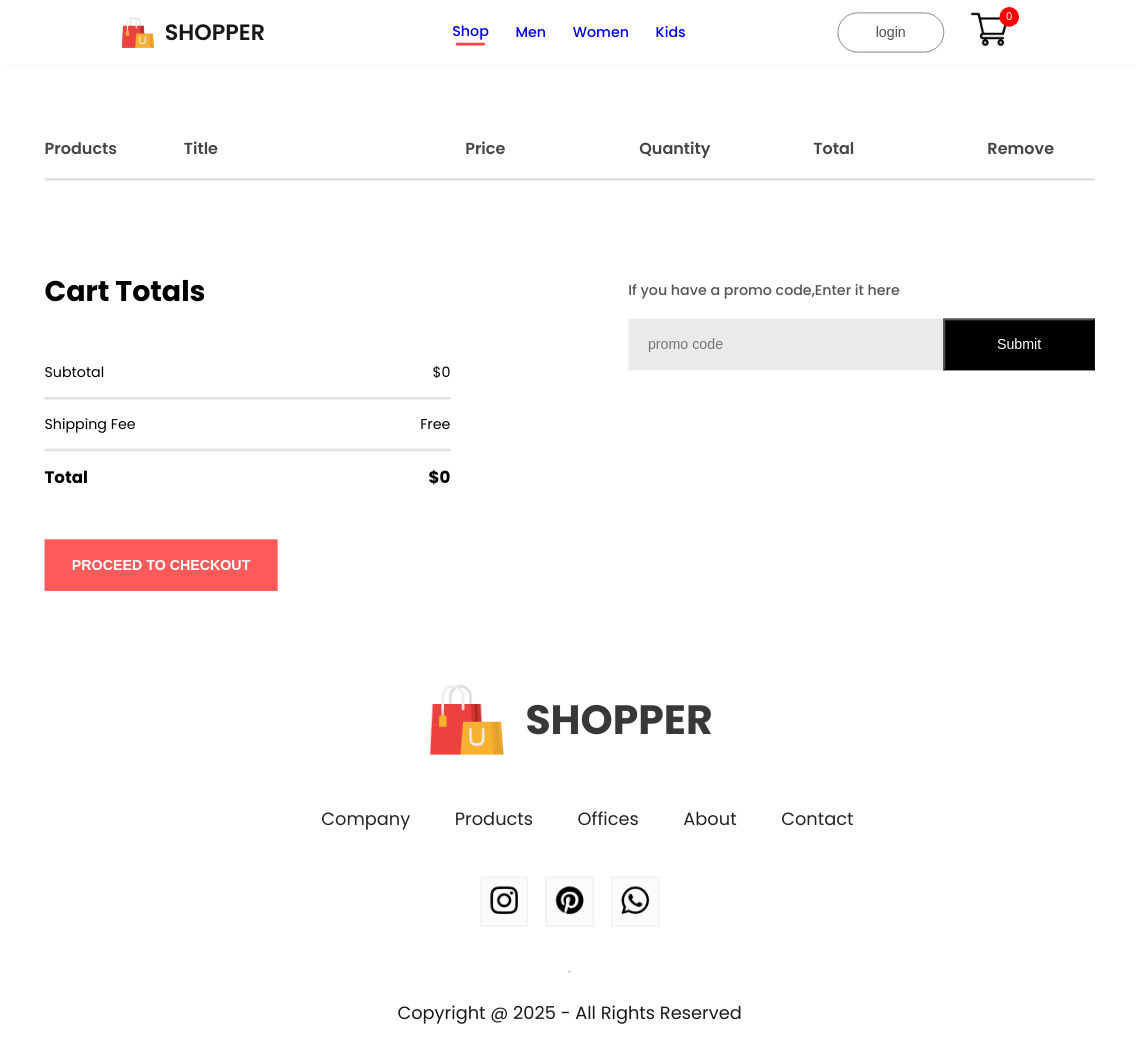
Repository: PayalJakhar/Shoppers-E-commerce-Website
Page: /cart (app in frontend/)
The author's editor kept a copy of each file at every save. The page is drawn from the files as they stood at one save, then again after a run of saves.
The browser window is 1280 px wide. The pictures show the whole page, at 89% of full size.
The project was rebuilt for these pictures with package versions that can differ from the ones it lists, and the page was loaded fresh each time. Also part of the build but not shown: frontend/src/App.css, frontend/src/Components/Hero/Hero.css, frontend/src/Components/Hero/Hero.jsx, frontend/src/Components/Popular/Popular.css, frontend/src/Components/Assets/Frontend_Assets/data.js, frontend/src/Components/Item/Item.css, frontend/src/Components/Item/Item.jsx, frontend/src/Components/Popular/Popular.jsx and 21 more.

Above is the page before, as saved 2025-01-17 19:20:26.

After the next 4 saves:
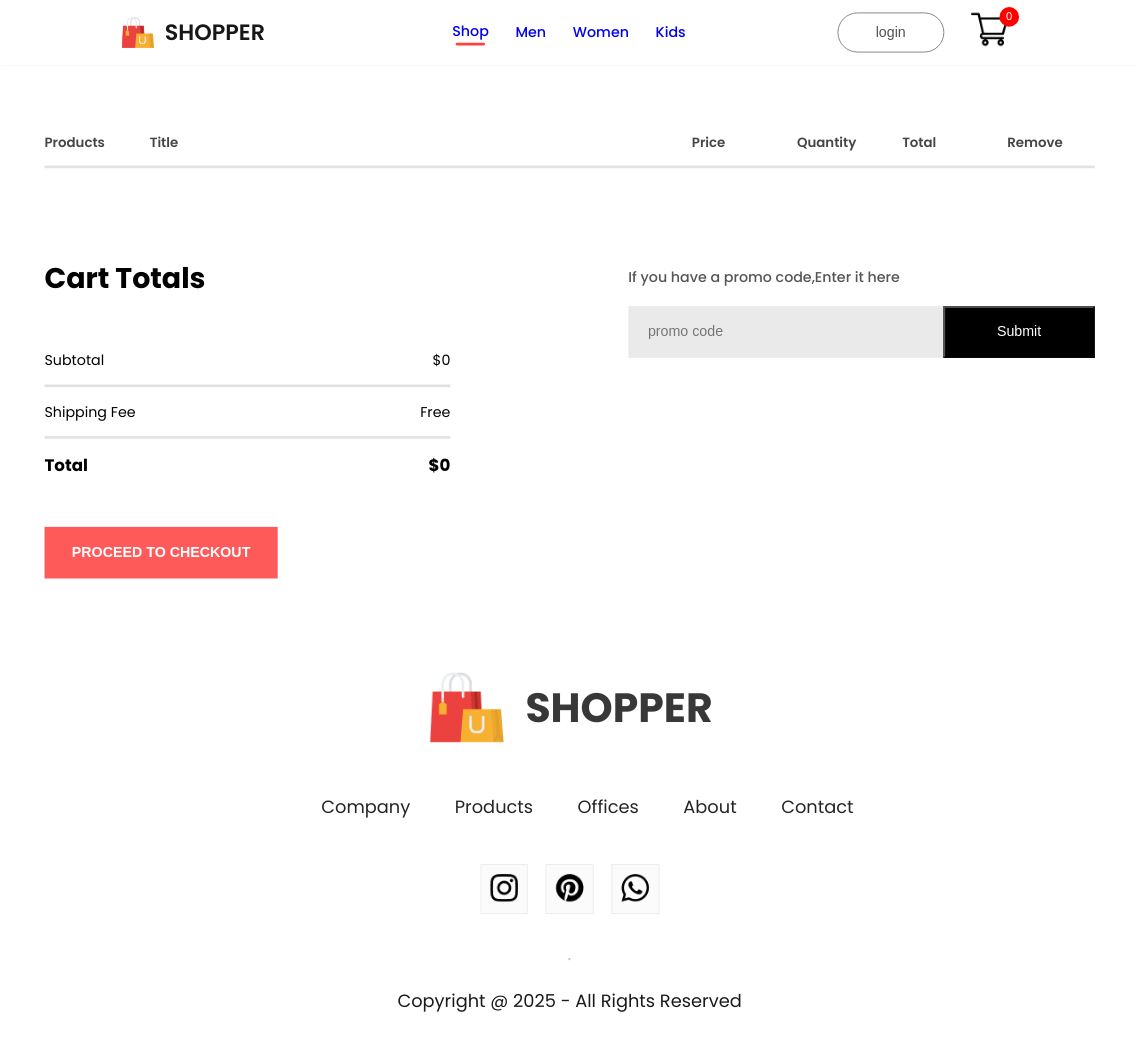
The 4 saves are shown as one change because they came seconds apart.
The last was saved 13 s later.
--- a/frontend/src/Components/CartItems/CartItems.css
+++ b/frontend/src/Components/CartItems/CartItems.css
@@ -104,16 +104,13 @@
     }
 
     .cartitems-format-main{
-
-    }
-
-    grid-template-columns: 0.5fr 3fr 0.5fr 0.5fr 0.5fr 0.5fr;
+        grid-template-columns: 0.5fr 3fr 0.5fr 0.5fr 0.5fr 0.5fr;
 
     gap: 20px;
 
     padding: 15px 0px;
-
-    font-size: 15px;
+        font-size: 15px;
+    }
 
     .carticon-product-icon{
 
